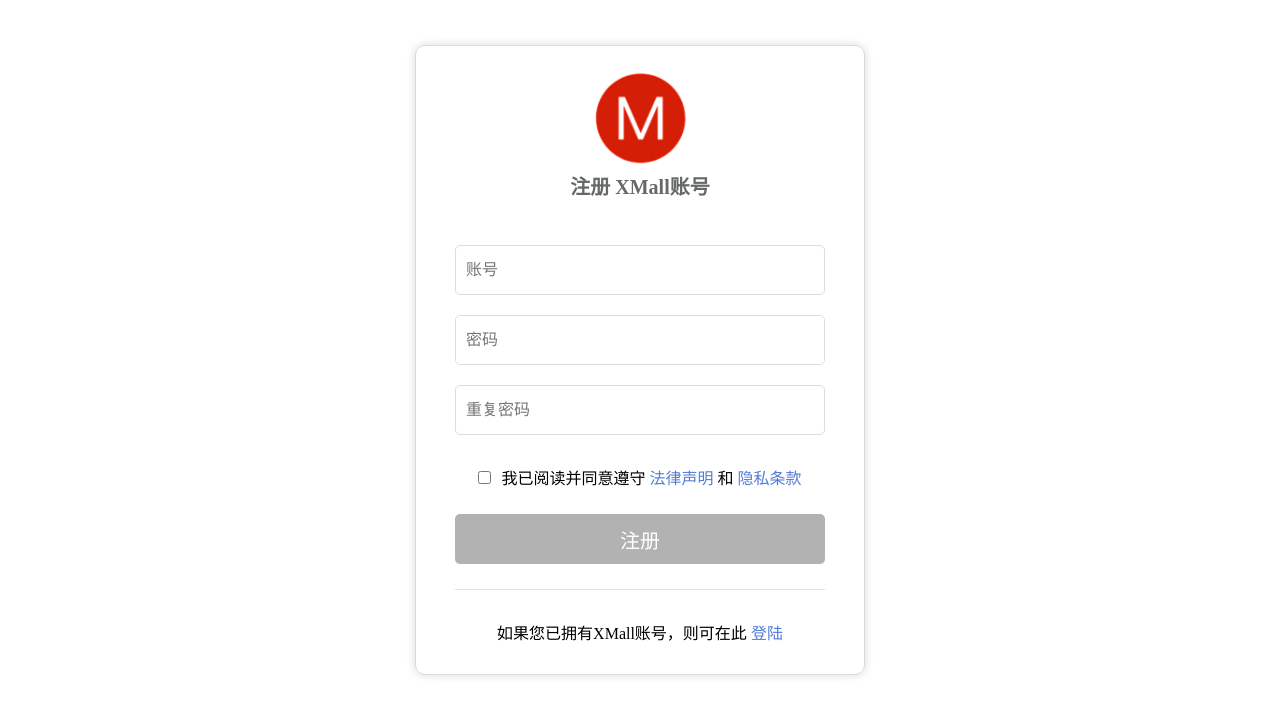
Repository: dingqihui1997/xmall-demo
Page: /signin
The author's editor kept a copy of each file at every save. The page is drawn from the files as they stood at one save, then again after the next save.
The browser window is 1280 px wide. The pictures show the whole page.
The project was rebuilt for these pictures with package versions that can differ from the ones it lists, and the page was loaded fresh each time. Also part of the build but not shown: vue.config.js, src/views/Home.vue.

Above is the page before, as saved 2021-06-29 17:37:50.

### src/main.js
import Vue from 'vue'
import App from './App.vue'
import router from './router'
import store from './store'
import ElementUI from 'element-ui';
import 'element-ui/lib/theme-chalk/index.css';
Vue.use(ElementUI);
Vue.config.productionTip = false

new Vue({
  router,
  store,
  render: h => h(App)
}).$mount('#app')

### src/App.vue
<template>
  <div id="app">
    <router-view />
  </div>
</template>

<style lang="scss">
@import "./styles/common";
@import "./styles/ui";
</style>

### src/router/index.js
import Vue from 'vue'
import VueRouter from 'vue-router'
import Home from '../views/Home.vue'

Vue.use(VueRouter)

const routes = [
  {
    path: '/',
    name: 'Home',
    component: Home
  },
  {//登录
    path: '/signin',
    name: 'Signin',
    component: () => import('../components/signin/Signin.vue')
  },
  {//注册
    path: '/register',
    name: 'Register',
    component: () => import('../components/register/Register.vue')
  },


]

const router = new VueRouter({
  mode: 'history',
  base: process.env.BASE_URL,
  routes
})

export default router

### src/styles/common.scss
 * {
     margin: 0;
     padding: 0;
 }

 .center {
     //居中显示
     margin: auto;
     position: absolute;
     top: 0;
     bottom: 0;
     left: 0;
     right: 0;
 }

 * {
     box-sizing: border-box;
 }

 .wi100 {
     width: 100%;
 }

 .hei100 {
     height: 100%;
 }

 .pflex {
     position: fixed;
     /* 固定定位 */
 }

 .flex {
     display: flex;
 }

 .flex-wrap {
     /* 子元素换行排列 */
     display: flex;
     flex-wrap: wrap;
     align-items: center;
 }

 .flex-j {
     display: flex;
     justify-content: center;
     /* 水平方向居中 */
 }

 .flex-a {
     display: flex;
     align-items: center;
     /* 垂直方向居中 */
 }

 .flex-ja {
     /* felx-ja 垂直水平方向居中 */
     display: flex;
     align-items: center;
     justify-content: center;
 }

 .flex-sb {
     /* flex-sb 子元素两边排列 */
     display: flex;
     justify-content: space-between;
 }

 .flex-sba {
     /* flex-sb 子元素两边排列 bing居中 */
     display: flex;
     justify-content: space-between;
     align-items: center;
 }

 .flex-d {
     /* z子元素竖向排列 */
     display: flex;
     flex-direction: column;
 }

 .flex-di {
     /* 子元素竖向排列并居中 */
     display: flex;
     flex-direction: column;
     align-items: center;
 }

 .flex-dj {
     /* 子元素竖向排列并居中 */
     display: flex;
     flex-direction: column;
 }

 .flex-dji {
     /* 子元素竖向排列并水平垂直居中 */
     display: flex;
     flex-direction: column;
     align-items: center;
     justify-content: center;
 }

 .pad-t10 {
     padding-top: 10px;
 }

 .pad-t15 {
     padding-top: 15px;
 }

 .margin-r55 {
     margin-right: 55px;
 }

 .marginauto {
     margin: 0 auto;
 }

 .img100 {
     width: 100%;
     height: 100%;
 }

 .img50 {
     width: 50%;
     height: 50%;
 }

 .imgh100 {
     height: 100%;
 }

 .img45 {
     width: 45%;
     height: 45%;
 }

 .img80 {
     width: 80%;
     height: 80%;
 }

 .font20 {
     font-size: 20px;
 }

 .font18 {
     font-size: 18px;
 }

 .font16 {
     font-size: 16px;
 }

 .font14 {
     font-size: 14px;
 }

 .font12 {
     font-size: 12px;
 }

 .flex1 {
     flex: 1;
 }

 .flex2 {
     flex: 1.5;
 }

 .color30 {
     color: #000000;
 }

 .color3f {
     /* 白色 */
     color: #fff;
 }

 .margin-t10 {
     margin-top: 10px;
 }

 .margin-t5 {
     margin-top: 5px;
 }

 .margin-t20 {
     margin-top: 20px;
 }

 .margin-r5 {
     margin-right: 5px;
 }

 .margin-r15 {
     margin-right: 15px;
 }

 .margin-r10 {
     margin-right: 10px;
 }

 .margin-r20 {
     margin-right: 20px;
 }

 .margin-r30 {
     margin-right: 30px;
 }

 .margin-l10 {
     margin-left: 10px;
 }

 .margin-l20 {
     margin-left: 20px;
 }

 .margin-b10 {
     margin-bottom: 10px;
 }

 .text-de {
     /* 有下划线 */
     text-decoration: underline;
 }

 .text-li {
     text-decoration: line-through;
     /* 删除线 */
 }

 .font-w7 {
     /* 加粗 */
     font-weight: 700;
 }

 .fontstyle-i {
     /* 斜体 */
     font-style: italic;
 }

 .shuoming {
     position: relative;
     top: 55px
 }

 .textr {
     text-align: right;
 }

### src/styles/ui.scss
.login {
    .el-input__inner {
        width: 370px;
        height: 50px;
    }

    .el-input__suffix {
        position: absolute;
        right: 50px;
    }

    .el-input {
        position: relative;
    }
}

### src/components/signin/Signin.vue
<template>
  <!-- 登录页面 -->
  <div class="one">
    <div class="box center flex-d login">
      <div class="top">
        <div class="flex-ja"><img src="../../assets/log1.png" alt="" /></div>
        <div class="flex-ja">注册 XMall账号</div>
      </div>
      <!-- 账号 -->
      <div class="flex-ja name">
        <input type="text" placeholder="账号" class="ipt" v-model="username" />
      </div>
      <!-- 密码 -->
      <div class="flex-ja name">
        <input
          type="password"
          placeholder="密码"
          class="ipt"
          v-model="password"
        />
      </div>
      <!-- 重复密码 -->
      <div class="flex-ja name">
        <input
          type="password"
          placeholder="重复密码"
          class="ipt"
          v-model="Repeat"
        />
      </div>
      <div class="flex-ja choice">
        <input type="checkbox" class="inpt" v-model="checked" />
        我已阅读并同意遵守<span>&nbsp;法律声明&nbsp;</span>和<span
          >&nbsp;隐私条款</span
        >
      </div>
      <div class="flex-ja regis">
        <!-- 动态绑定属性，最先是true禁用状态 -->
        <button
          :disabled="flag"
          :class="{ back: flag === false }"
          @click="goto"
        >
          注册
        </button>
      </div>
      <div class="flex-ja">
        <div class="bottom flex-ja">
          如果您已拥有XMall账号，则可在此<span>&nbsp;登陆</span>
        </div>
      </div>
    </div>
  </div>
</template>

<script>
import axios from "axios";
export default {
  name: "",
  props: {},
  data() {
    return {
      username: "",
      password: "",
      Repeat: "",
      flag: true, //最开始禁用按钮
      checked: false,
    };
  },
  components: {},
  methods: {
    goto() {
      if (this.checked === false) {
        this.$message.error("您未勾选同意我们的相关注册协议");
      }
      if (this.password !== this.Repeat) {
        this.$message.error("两次输入的密码不相同");
      }
      if (this.password === this.Repeat && this.checked === true) {
        axios
          .post("/api/users/register", {
            username: this.username,
            password: this.password,
          })
          .then((res) => {
            console.log(res);
          })
          .catch((err) => {
            console.log("请求失败", err);
          });
      }
    },
  },
  mounted() {},
  computed: {},
  watch: {
    username(val) {
      this.username = val;
    },
    password(val) {
      this.password = val;
    },
    Repeat(val) {
      //账号和密码都输入了内容后，然后就不禁用button
      this.Repeat = val;
      if (this.username !== "" && this.password !== "" && val !== "") {
        this.flag = false;
        // console.log(val);
      } else {
        this.flag = true;
      }
    },
  },
};
</script>

<style lang='scss' scoped>
.box {
  width: 450px;
  height: 630px;
  border: 1px solid #dadada;
  border-radius: 10px;
  box-shadow: 0 0 10px #dadada;
}
.one {
  height: 100vh;
}
.top {
  height: 240px;
  font-size: 20px;
  color: #66696a;
  font-weight: 700;
  margin-bottom: 35px;
  padding-top: 20px;
}
.ipt {
  width: 370px;
  height: 50px;
  outline: none;
  border: 1px #dcdcdc solid;
  border-radius: 5px;
  padding-left: 10px;
  font-size: 16px;
}
button {
  margin: 25px 0px;
  width: 370px;
  height: 50px;
  border-radius: 5px;
  border: none;
  color: #fff;
  font-size: 20px;
  background-color: #b2b2b2; //最开始设置成灰色背景颜色
}

span {
  color: #527bd9;
}

.name {
  margin-top: 10px;
  margin-bottom: 10px;
  text-align: center;
}
.choice {
  margin-top: 20px;
}
.regis {
  padding: 0 35px;
}
.inpt {
  margin-right: 10px;
}
.bottom {
  width: 370px;
  border-top: 1px #e0e0df solid;
  padding: 30px 0;
}
.back {
  background-color: #5f86e4; //当按钮不禁用的时候就显示蓝色，然后添加hover的效果
  &:hover {
    background-color: #6283cf;
  }
}
</style>

Loaded but not shown: public/index.html (common file); src/store/index.js (common file)

After the next save:
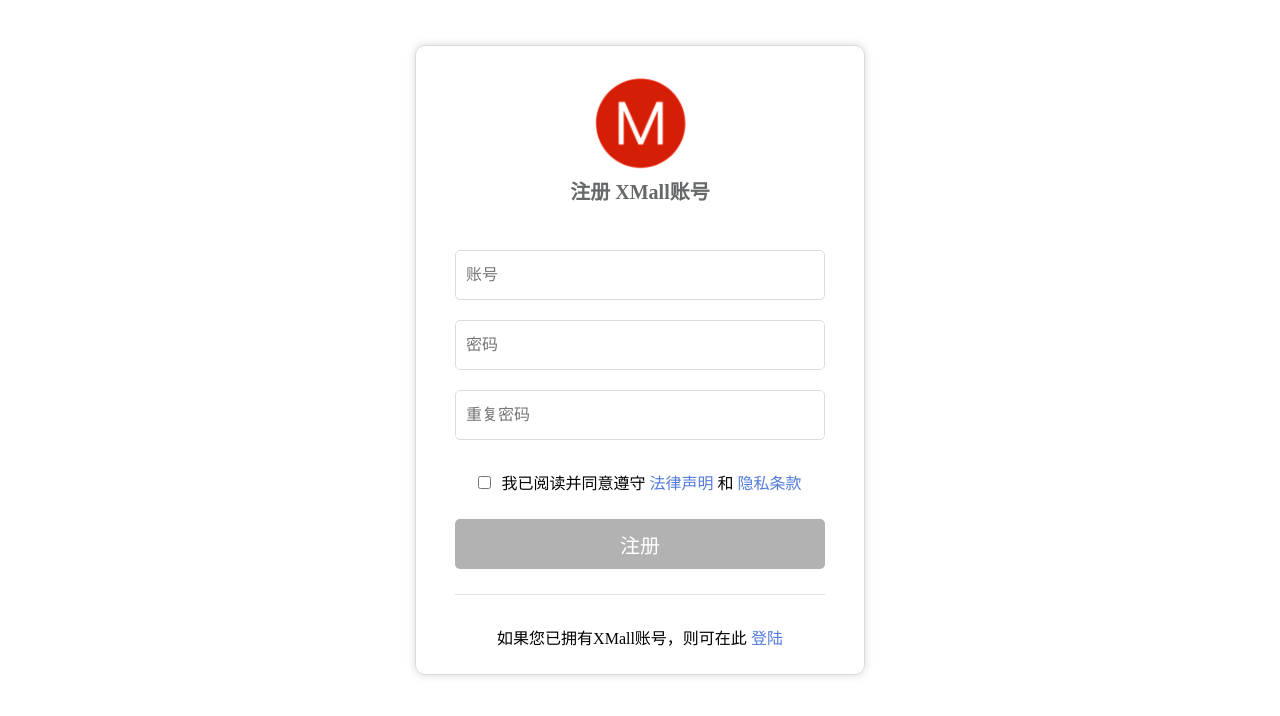
Saved 15 s later.
--- a/src/components/signin/Signin.vue
+++ b/src/components/signin/Signin.vue
@@ -131,7 +131,7 @@
   color: #66696a;
   font-weight: 700;
   margin-bottom: 35px;
-  padding-top: 20px;
+  padding-top: 25px;
 }
 .ipt {
   width: 370px;
